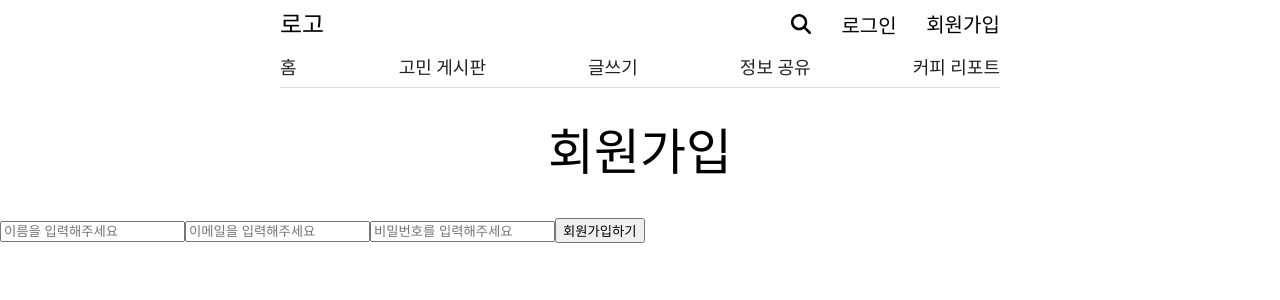
Repository: zlazlazla35/coffee
Page: /join
These files come from the project's save history. The page is drawn as it stood at one moment and after the next save; the edit follows.
The browser window is 1280 px wide. The pictures show the whole page.
The page's requests for data from a server got no answer. Some web fonts or font styles are not loaded; a fallback is used. The project was rebuilt for these pictures with package versions that can differ from the ones it lists, and the page was loaded fresh each time. The framework's server and built-in components were replaced by stand-ins that run in the browser. No one was signed in, and anything a server would have sent is missing. Also part of the build but not shown: next.config.mjs, src/app/LogOutButton.js.

Above is the page before, as saved 2025-01-20 17:05:27.

After the next save:
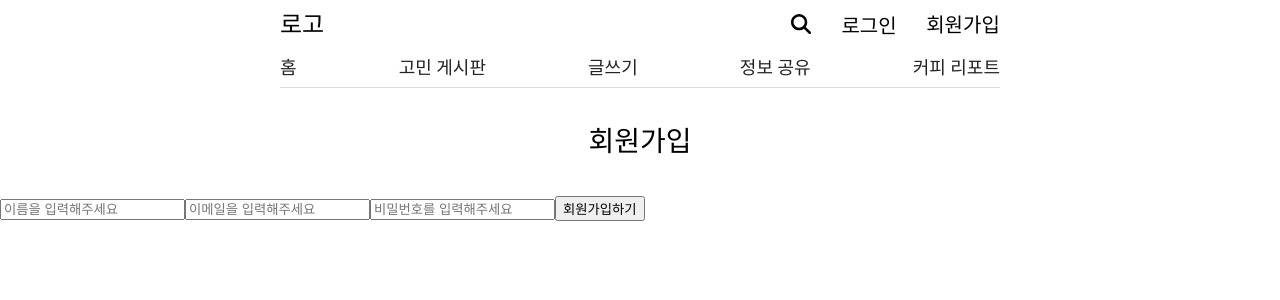
Saved 12 s later.
--- a/src/app/globals.css
+++ b/src/app/globals.css
@@ -173,6 +173,6 @@ select {font-family: 'NanumSquare', sans-serif !important; outline: none !import
 
 
 .join {width: 100%;}
-.join .title {font-size: 50px; width: 100%; text-align: center; margin: 40px 0;}
+.join .title {font-size: 28px; width: 100%; text-align: center; margin: 40px 0;}
 
 #dbId {display: none;}
